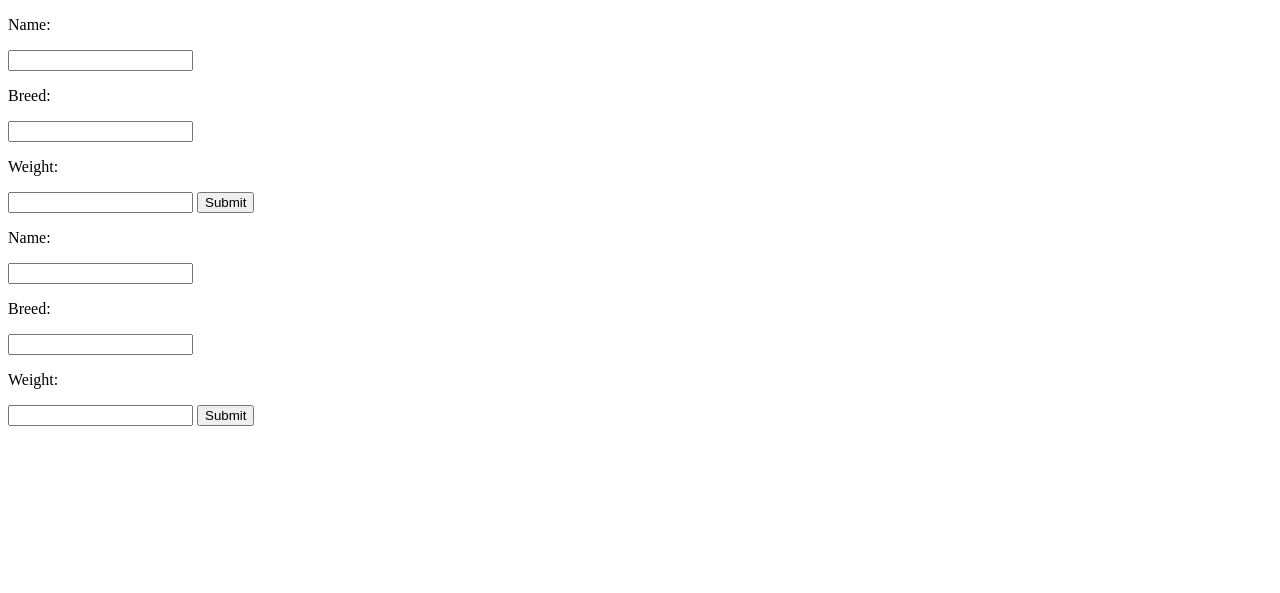
Repository: jshin07/Java
Page: SpringTool/Pets/WebContent/index.html
These files come from the project's save history. The page is drawn as it stood at one moment and after the next save; the edit follows.
The browser window is 1280 px wide. The pictures show the whole page.

Above is the page before, as saved 2017-07-11 00:38:59.

After the next save:
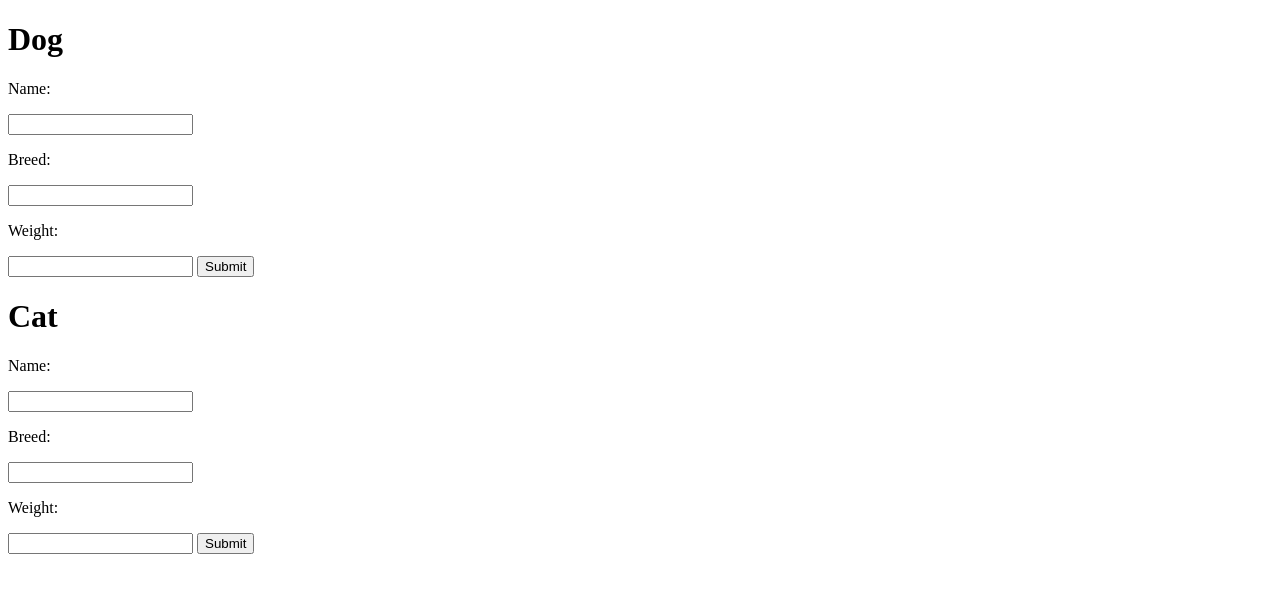
Saved 4 min 44 s later.
--- a/SpringTool/Pets/WebContent/index.html
+++ b/SpringTool/Pets/WebContent/index.html
@@ -5,13 +5,14 @@
 	<title>Index</title>
 </head>
 <body>
+	<h1>Dog</h1>
 	<form method="get" action="/animals/dog">
 		<p>Name: </p><input type="text" name="name" value=""></input>
 		<p>Breed: </p><input type="text"name="breed" value=""></input>
 		<p>Weight: </p><input type="text" name="weight" value=""></input>
 		<input type= "submit"></input>
 	</form>
-
+	<h1>Cat</h1>
 	<form method="get" action="/animals/cat">
 		<p>Name: </p><input type="text" name="name" value=""></input>
 		<p>Breed: </p><input type="text"name="breed" value=""></input>
